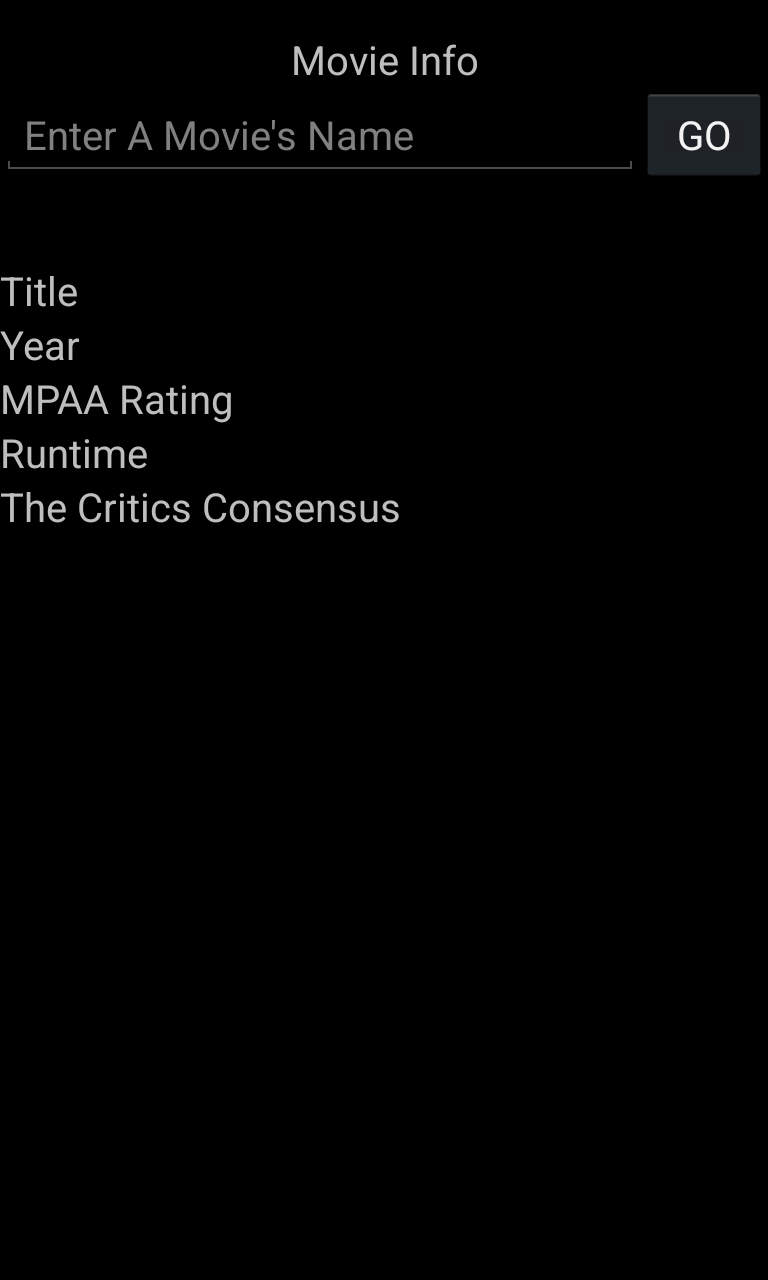
Repository: brandonfyia/Android
Layout: Java2/res/layout/main.xml
The author's editor kept a copy of each file at every save. The layout is drawn from the files as they stood at one save, then again after the next save.
It is drawn on a 768 x 1280 px phone screen (xhdpi) without system bars, with theme AppTheme; the app's code is not run.

Above is the layout before, as saved 2013-06-12 01:37:10.

### Java2/res/layout/main.xml
<?xml version="1.0" encoding="utf-8"?>
<LinearLayout
    xmlns:android="http://schemas.android.com/apk/res/android"
    xmlns:tools="http://schemas.android.com/tools"
    android:id="@+id/mainLayout"
    android:layout_width="match_parent"
    android:layout_height="match_parent"
    android:orientation="vertical"
    android:paddingTop="@dimen/activity_horizontal_margin" >

    <TextView
        android:id="@+id/header"
        android:layout_width="match_parent"
        android:layout_height="wrap_content"
        android:text="@string/app_title"
        android:gravity="center"/>

    <LinearLayout
        android:layout_width="match_parent"
        android:layout_height="wrap_content"
        android:orientation="horizontal" >

        <EditText
            android:id="@+id/searchField"
            android:layout_width="0dip"
            android:layout_height="wrap_content"
            android:layout_weight="1"
            android:hint="@string/hint" />

        <Button
            android:id="@+id/searchButton"
            android:layout_width="wrap_content"
            android:layout_height="wrap_content"
            android:text="@string/go" />
    </LinearLayout>

    <TextView
        android:id="@+id/resultsText"
        android:layout_width="match_parent"
        android:layout_height="wrap_content"
        style="@style/BigCenteredText"/>

    <GridLayout
        android:layout_width="match_parent"
        android:layout_height="wrap_content"
        android:columnCount="2" >

        <TextView
            android:text="@string/title" />
        <TextView
            android:id="@+id/titleTV"/>
        <TextView
            android:text="@string/year" />
        <TextView
            android:id="@+id/yearTV"/>
        <TextView
            android:text="@string/mpaa_rating"/>
        <TextView
            android:id="@+id/mpaaTV"/>
        <TextView
            android:text="@string/runtime"/>
        <TextView
            android:id="@+id/runtimeTV"/>
        <TextView
            android:text="@string/critics_consensus"/>
        <TextView
            android:id="@+id/criticsTV"/>
    </GridLayout>

</LinearLayout>

### Java2/res/values/styles.xml
<resources xmlns:android="http://schemas.android.com/apk/res/android" xmlns:tools="http://schemas.android.com/tools">

    <style name="AppTheme" parent="android:Theme.Holo">
        <item name="android:textSize" tools:ignore="SpUsage">20dip</item>
        </style>

    <style name="BigCenteredText">
        <item name="android:textStyle">normal</item>
        <item name="android:textSize" tools:ignore="SpUsage">30dip</item>
        <item name="android:gravity">center</item>
    </style>

    <style name="GridText">
        <item name="android:paddingLeft">16dip</item>
    </style>

</resources>

### Java2/res/values/strings.xml
<resources>

    <string name="app_name">Movie Info</string>
    <string name="action_settings">Settings</string>
    <string name="hint">Enter A Movie\'s Name</string>
    <string name="go">GO</string>
    <string name="title_string">Movie Info</string>
    <string name="app_title">Movie Info</string>


    <!-- For @arrays/detailsArray -->
    <string name="see_details">Choose a detail to View</string>
    <string name="title">Title</string>
    <string name="year">Year</string>
    <string name="mpaa_rating">MPAA Rating</string>
    <string name="runtime">Runtime</string>
    <string name="critics_consensus">The Critics Consensus</string>
    <string name="thumbnail">Poster</string>

    <!-- API values -->
    <string name="titleAPI">title</string>
    <string name="yearAPI">year</string>
    <string name="mpaa_ratingAPI">mpaa_rating</string>
    <string name="runtimeAPI">runtime</string>
    <string name="critics_consensusAPI">critics_consensus</string>
    <string name="thumbnailAPI">detailed</string>

</resources>

Loaded but not shown: Java2/res/values/dimens.xml (common file)

After the next save:
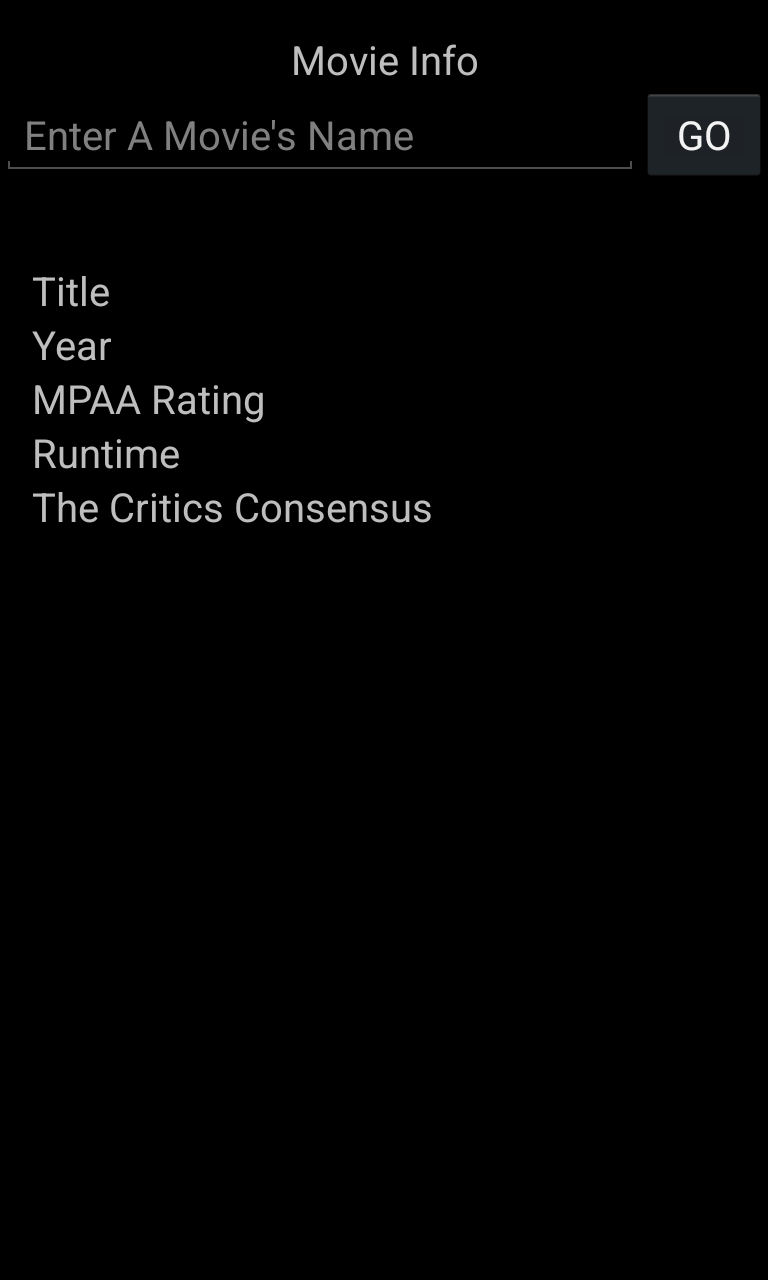
Saved 70 s later.
--- a/Java2/res/layout/main.xml
+++ b/Java2/res/layout/main.xml
@@ -46,25 +46,35 @@
         android:columnCount="2" >
 
         <TextView
-            android:text="@string/title" />
+            android:text="@string/title"
+            style="@style/GridText"/>
         <TextView
-            android:id="@+id/titleTV"/>
+            android:id="@+id/titleTV"
+            style="@style/GridText"/>
         <TextView
-            android:text="@string/year" />
+            android:text="@string/year"
+            style="@style/GridText"/>
         <TextView
-            android:id="@+id/yearTV"/>
+            android:id="@+id/yearTV"
+            style="@style/GridText"/>
         <TextView
-            android:text="@string/mpaa_rating"/>
+            android:text="@string/mpaa_rating"
+            style="@style/GridText"/>
         <TextView
-            android:id="@+id/mpaaTV"/>
+            android:id="@+id/mpaaTV"
+            style="@style/GridText"/>
         <TextView
-            android:text="@string/runtime"/>
+            android:text="@string/runtime"
+            style="@style/GridText"/>
         <TextView
-            android:id="@+id/runtimeTV"/>
+            android:id="@+id/runtimeTV"
+            style="@style/GridText"/>
         <TextView
-            android:text="@string/critics_consensus"/>
+            android:text="@string/critics_consensus"
+            style="@style/GridText"/>
         <TextView
-            android:id="@+id/criticsTV"/>
+            android:id="@+id/criticsTV"
+            style="@style/GridText"/>
     </GridLayout>
 
 </LinearLayout>
